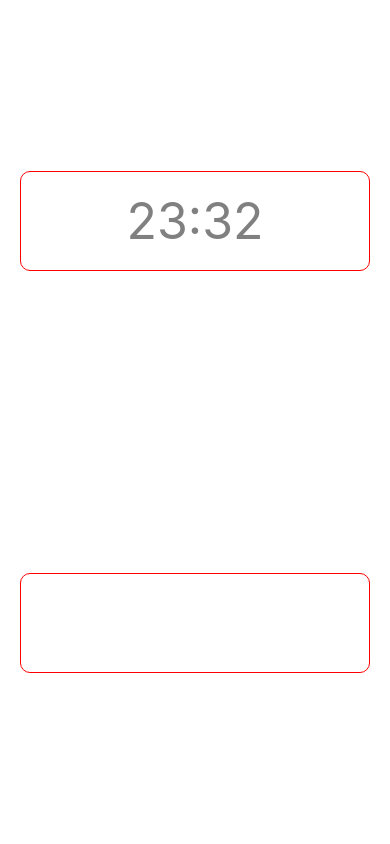
Repository: sonnke/imageResizer
Screen: /
An editor plug-in stored every save of this project. The screen is shown before and after the next save, followed by the edit.
The app was drawn by React Native's web renderer in a window 390 px wide. The project was rebuilt for these pictures with package versions that can differ from the ones it lists, and the page was loaded fresh each time.

Above is the screen before, as saved 2020-02-02 13:11:29.

### App.tsx
import React from 'react';
import { StyleSheet, Text, View } from 'react-native';
import styled from 'styled-components/native';

const MainContainer = styled.View`
  flex: 1;
  flex-direction: column;
  align-items: center;
  justify-content: space-around;
  padding: 20px;
`;

const StopWatch = styled.View`
  width: 100%;
  height: 100px;
  border-width: 1px;
  border-color: red;
  border-radius: 10px;
  justify-content: center;
  align-items: center;
`;

const ImageContainer = styled.View`
  width: 100%;
  height: 100px;
  border-width: 1px;
  border-color: red;
  border-radius: 10px;
  justify-content: center;
  align-items: center;
`;

const StopWatchText = styled.Text`
  font-size: 50px;
  color: grey;
`;

export default function App() {
  return (
    <MainContainer>
      <StopWatch>
        <StopWatchText>23:32</StopWatchText>
      </StopWatch>
      <ImageContainer></ImageContainer>
    </MainContainer>
  );
}

After the next save:
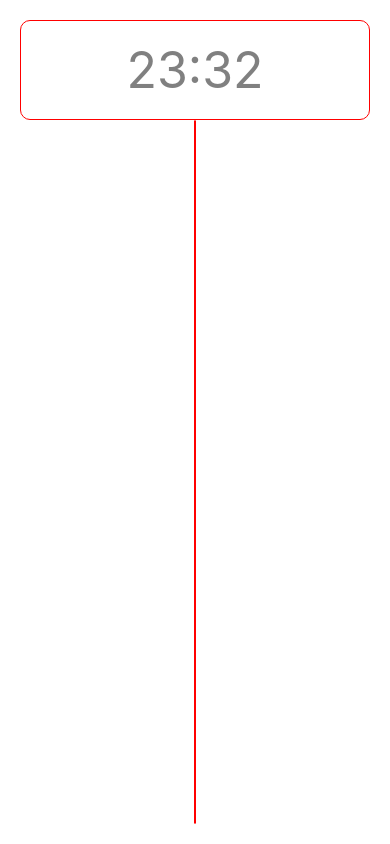
Saved 36 s later.
--- a/App.tsx
+++ b/App.tsx
@@ -21,8 +21,7 @@ const StopWatch = styled.View`
 `;
 
 const ImageContainer = styled.View`
-  width: 100%;
-  height: 100px;
+  flex: 1;
   border-width: 1px;
   border-color: red;
   border-radius: 10px;
